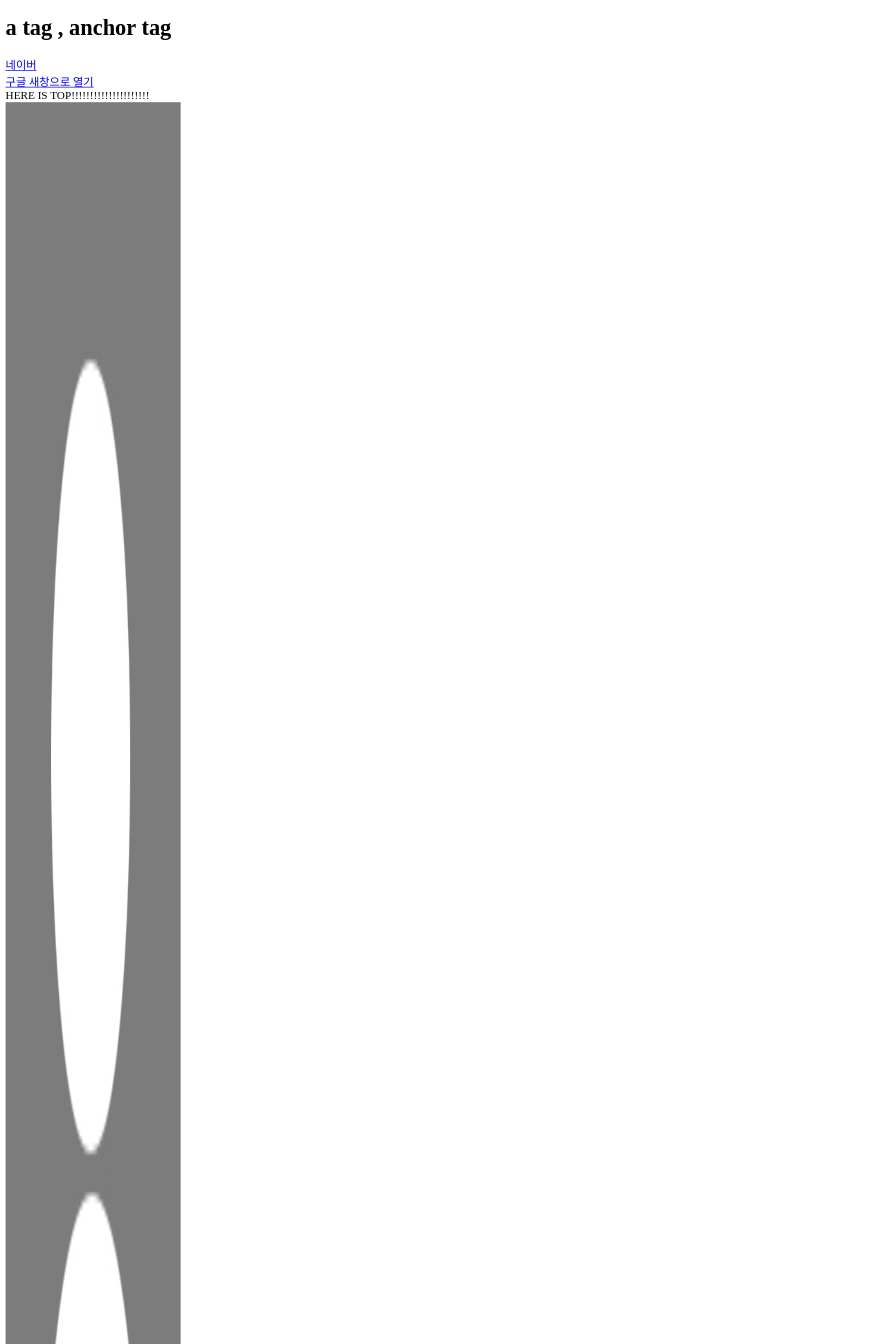
Repository: jihoonys82/weblec
Page: Front/WebContent/Ex01_HTML_tag/tagEx_04.html
The author's editor kept a copy of each file at every save. The page is drawn from the files as they stood at one save, then again after the next save.
The browser window is 1280 px wide. The pictures show the part of the page from y = 0 to 1920 px (the page is 2676 px tall), at 70% of full size.

Above is the page before, as saved 2018-07-23 11:03:09.

After the next save:
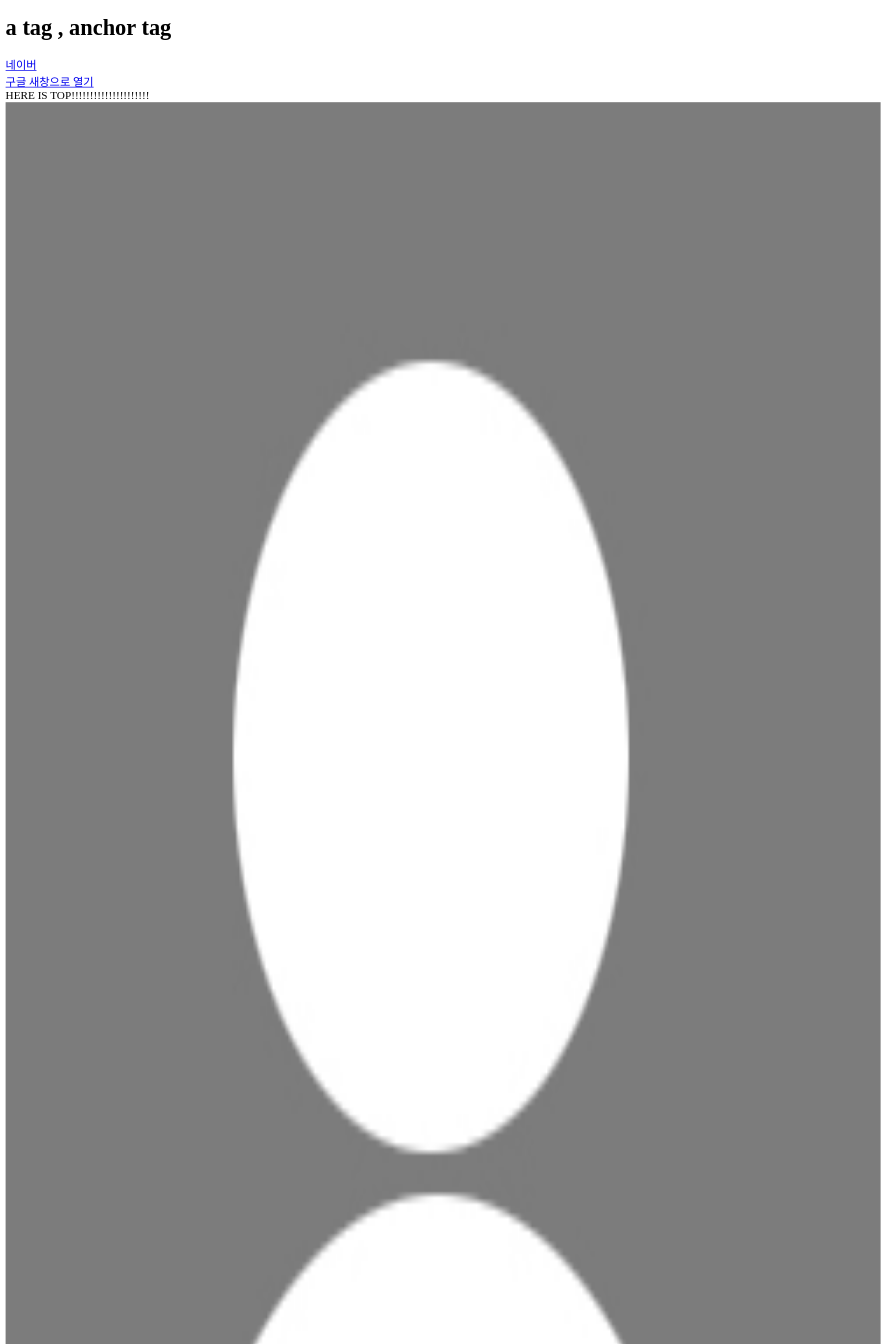
Saved 31 s later.
--- a/Front/WebContent/Ex01_HTML_tag/tagEx_04.html
+++ b/Front/WebContent/Ex01_HTML_tag/tagEx_04.html
@@ -16,7 +16,7 @@
 
 	<!-- img, image tag, show images on web page -->
 	<a href="http://www.daum.net" target='_blank'>
-		<img src='./no-avatar.jpg' width='250px' height='2500px' title='no avatar' alt='blank image'>
+		<img src='./no-avatar.jpg' width='1250px' height='2500px' title='no avatar' alt='blank image'>
 	</a>
 	<!--
 		src : image path
